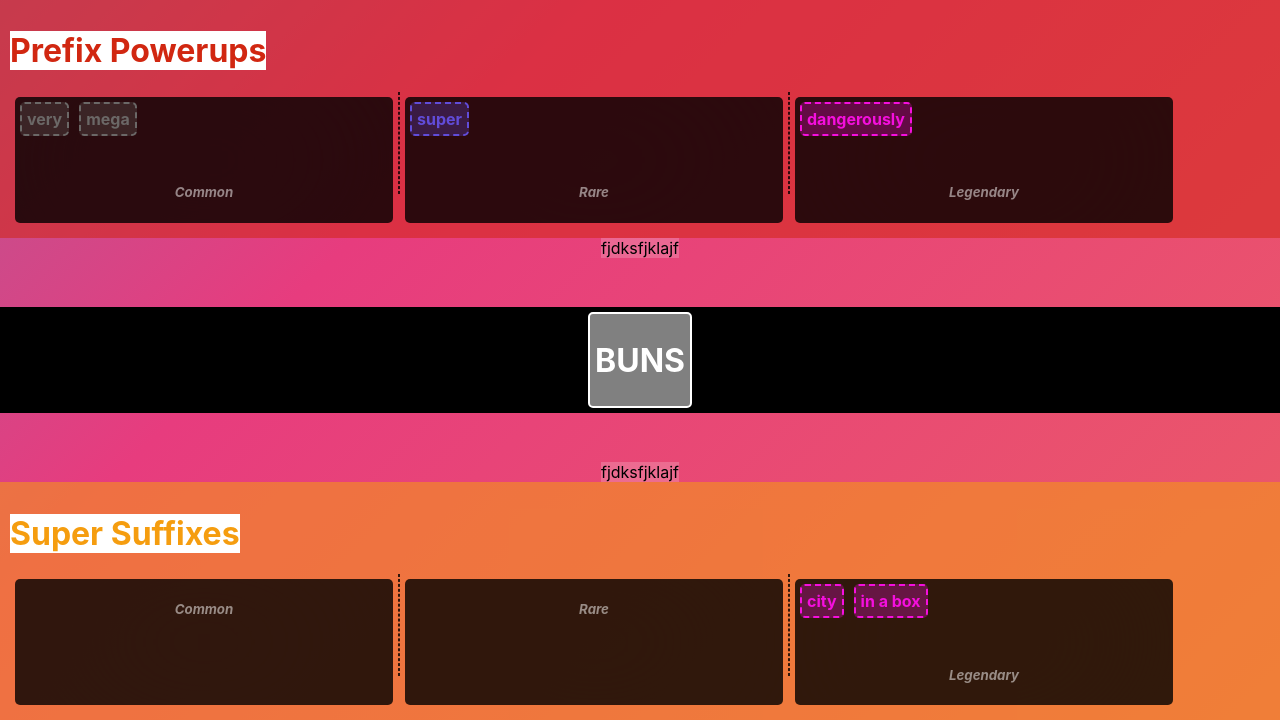
Repository: bsalgado98/buns-inator
Page: /
An editor plug-in stored every save of this project. The page is shown before and after a run of saves, followed by the edit.
The browser window is 1280 px wide. The pictures show the whole page.
The project was rebuilt for these pictures with package versions that can differ from the ones it lists, and the page was loaded fresh each time.

Above is the page before, as saved 2022-04-25 23:42:48.

After the next 2 saves:
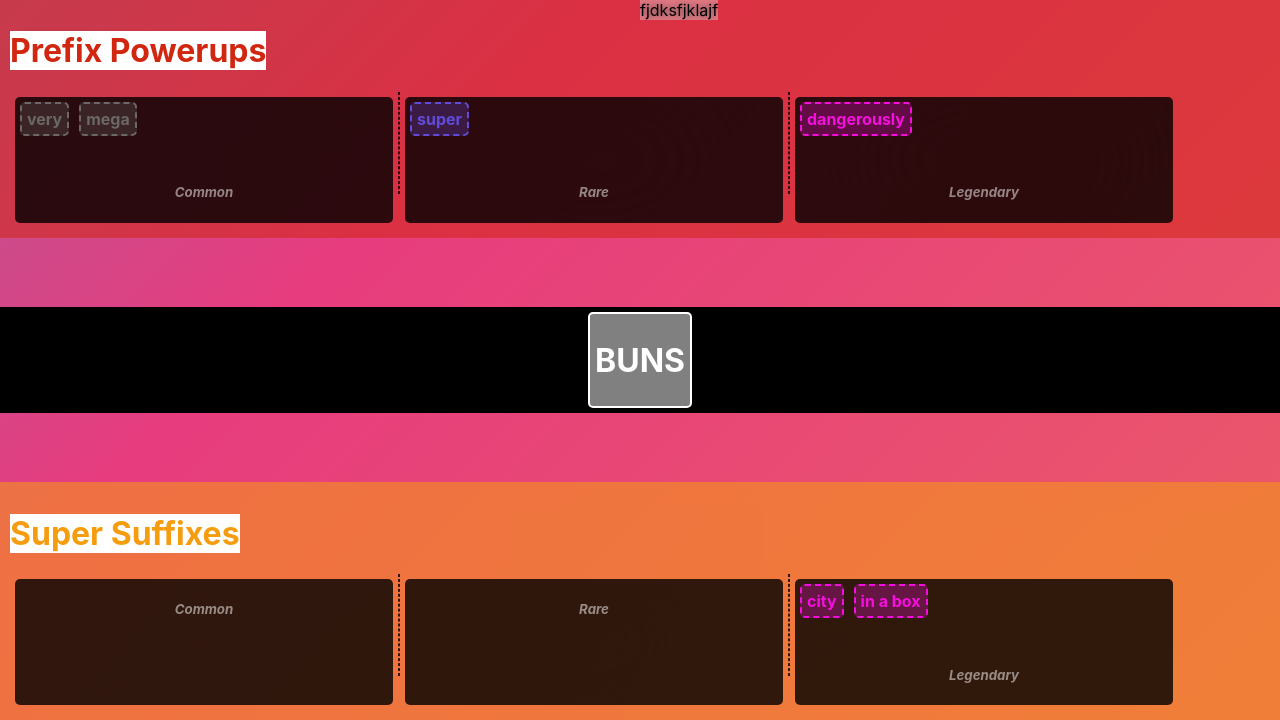
The 2 saves are shown as one change because they came seconds apart.
The last was saved 18 s later.
--- a/src/App.css
+++ b/src/App.css
@@ -35,4 +35,6 @@
     background: rgba(255, 255, 255, 0.2);
     content: 'fjdksfjklajf';
     backdrop-filter: blur(5px);
+    position: absolute;
+    top: 0;
 }

After the save that followed:
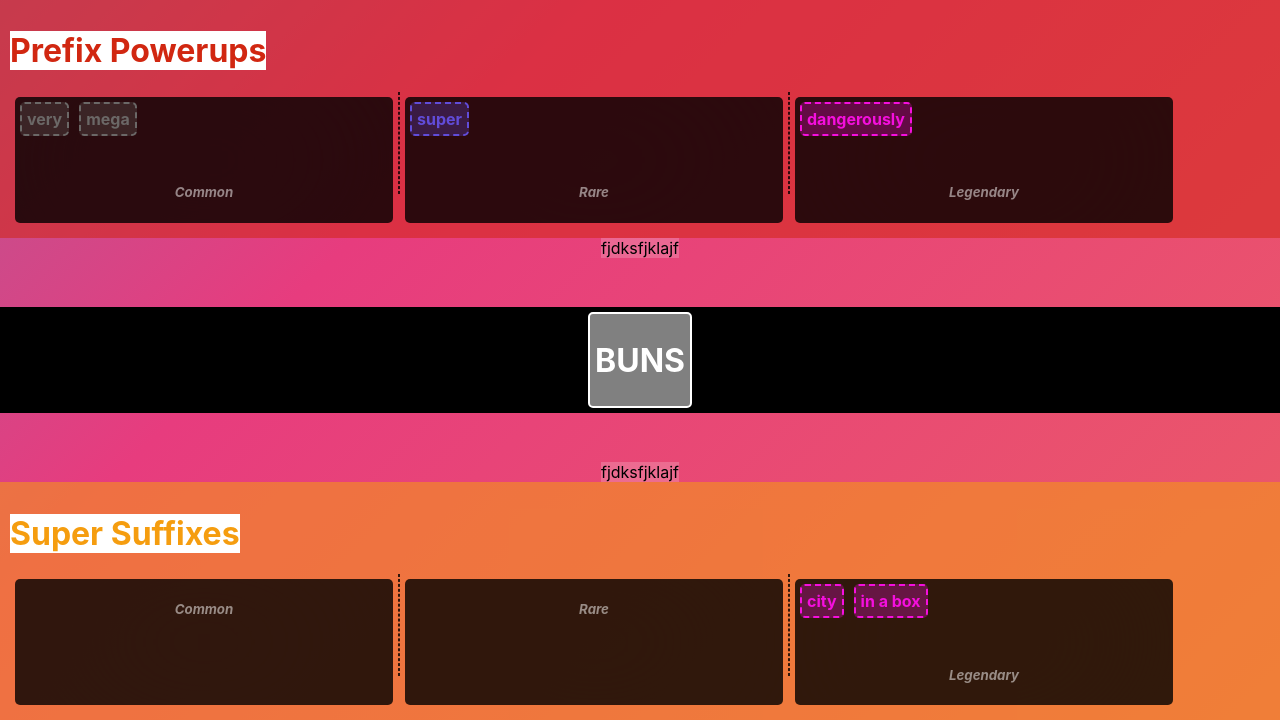
Saved 20 s later.
--- a/src/App.css
+++ b/src/App.css
@@ -35,6 +35,5 @@
     background: rgba(255, 255, 255, 0.2);
     content: 'fjdksfjklajf';
     backdrop-filter: blur(5px);
-    position: absolute;
-    top: 0;
+    position: relative;
 }
